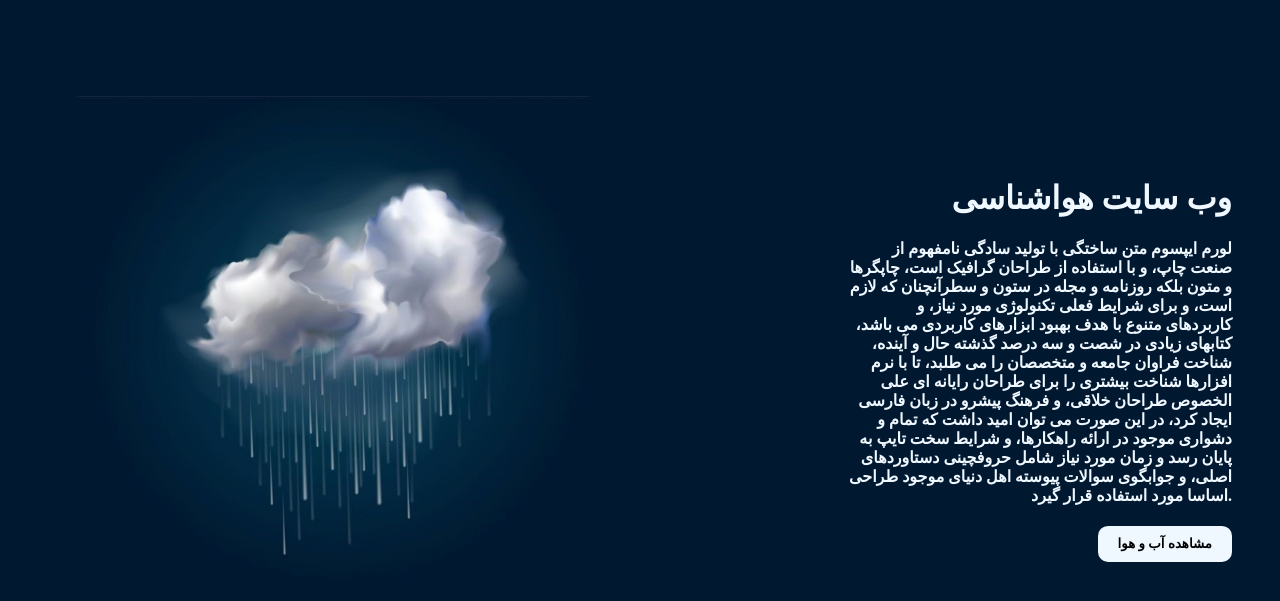
Repository: fateme81yosefi/weather
Page: landing/Landing.html
The author's editor kept a copy of each file at every save. The page is drawn from the files as they stood at one save, then again after the next save.
The browser window is 1280 px wide. The pictures show the whole page.
Some web fonts or font styles are not loaded; a fallback is used.

Above is the page before, as saved 2025-02-02 16:52:23.

### landing/Landing.html
<!doctype html>
<html lang="en">

<head>
    <meta charset="utf-8">
    <meta name="viewport" content="width=device-width,initial-scale=1">
    <link rel="stylesheet" href="./style/landing.css">
    <link href="https://cdn.jsdelivr.net/gh/rastikerdar/vazir-font@v27.1.0/dist/font-face.css" rel="stylesheet"
        type="text/css" />


    <title>هواشناسی</title>
</head>

<body>
    <div class="container-landing">
        <div class="contain-btn">
            <h1>وب سایت هواشناسی</h1>
            <h4>لورم ایپسوم متن ساختگی با تولید سادگی نامفهوم از صنعت چاپ، و با استفاده از طراحان گرافیک است، چاپگرها و
                متون بلکه روزنامه و مجله در ستون و سطرآنچنان که لازم است، و برای شرایط فعلی تکنولوژی مورد نیاز، و
                کاربردهای متنوع با هدف بهبود ابزارهای کاربردی می باشد، کتابهای زیادی در شصت و سه درصد گذشته حال و آینده،
                شناخت فراوان جامعه و متخصصان را می طلبد، تا با نرم افزارها شناخت بیشتری را برای طراحان رایانه ای علی
                الخصوص طراحان خلاقی، و فرهنگ پیشرو در زبان فارسی ایجاد کرد، در این صورت می توان امید داشت که تمام و
                دشواری موجود در ارائه راهکارها، و شرایط سخت تایپ به پایان رسد و زمان مورد نیاز شامل حروفچینی دستاوردهای
                اصلی، و جوابگوی سوالات پیوسته اهل دنیای موجود طراحی اساسا مورد استفاده قرار گیرد.</h4>
            <button class="go-to-weather">مشاهده آب و هوا</button>
        </div>

    </div>


    <script src="./js/landing.js"></script>
</body>

</html>

### landing/style/landing.css
@font-face {
  font-family: Vazir;
  src: url("Vazir-Regular.eot");
  src: url("Vazir-Regular.eot?#iefix") format("embedded-opentype"),
    url("Vazir-Regular.woff2") format("woff2"),
    url("Vazir-Regular.woff") format("woff"),
    url("Vazir-Regular.ttf") format("truetype");
}

body {
  font-family: vazir;
  font-weight: bold;
  margin: 0 !important;
  padding: 0;
  overflow: hidden;
  background-color: #001830;
}
.container-landing {
  background-image: url("../images/bg.jpg");
  background-position: center;
  background-size: 100%;
  background-repeat: no-repeat;
  height: 100vh;
  margin: 0;
  padding: 0;
}

.contain-btn {
    width: 30%;
  text-align: right;
  position: absolute;
  top: 50%;
  left: 50%;
  transform: translate(-50%, -50%) translateX(400px);
  color: aliceblue;
}
.go-to-weather {
  background-color: aliceblue;
  border: none;
  border-radius: 10px;
  padding: 10px 20px;
  font-family: vazir;
  font-weight: bold;
}
@media screen and (min-width: 1200px) {
  .container-landing {
    background-position: left;
    background-size: 40%;
    background-position: 10%;
  }
}

Loaded but not shown: landing/js/landing.js (no stored copy; drawn as an empty file)

After the next save:
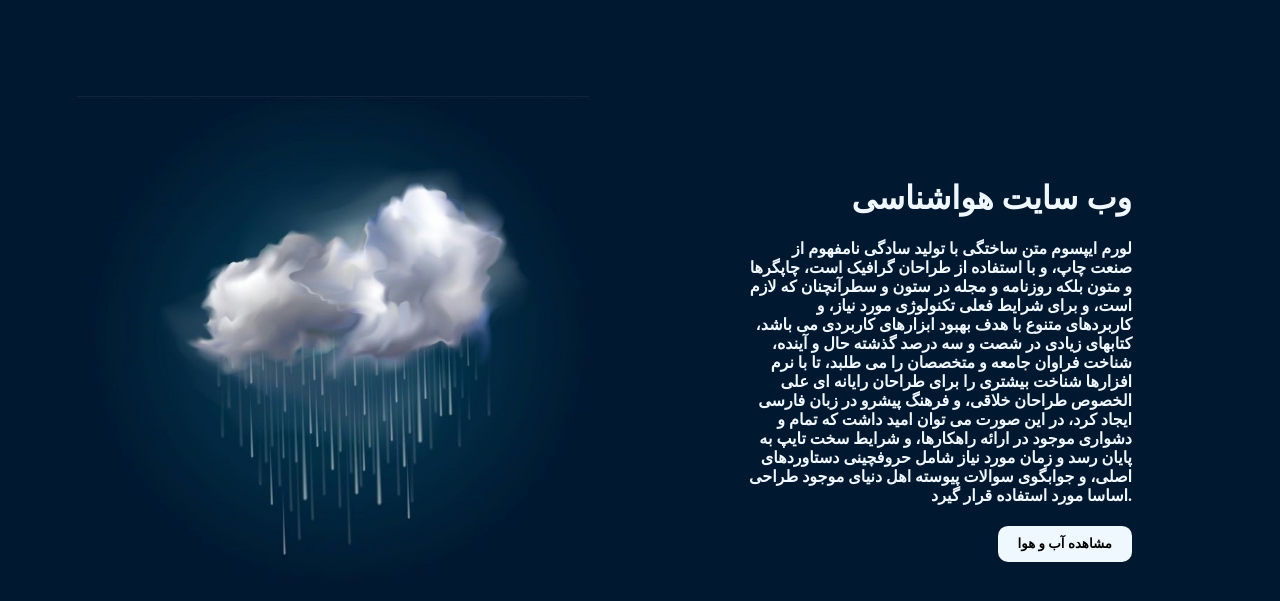
Saved 8 s later.
--- a/landing/style/landing.css
+++ b/landing/style/landing.css
@@ -31,7 +31,7 @@ body {
   position: absolute;
   top: 50%;
   left: 50%;
-  transform: translate(-50%, -50%) translateX(400px);
+  transform: translate(-50%, -50%) translateX(300px);
   color: aliceblue;
 }
 .go-to-weather {
